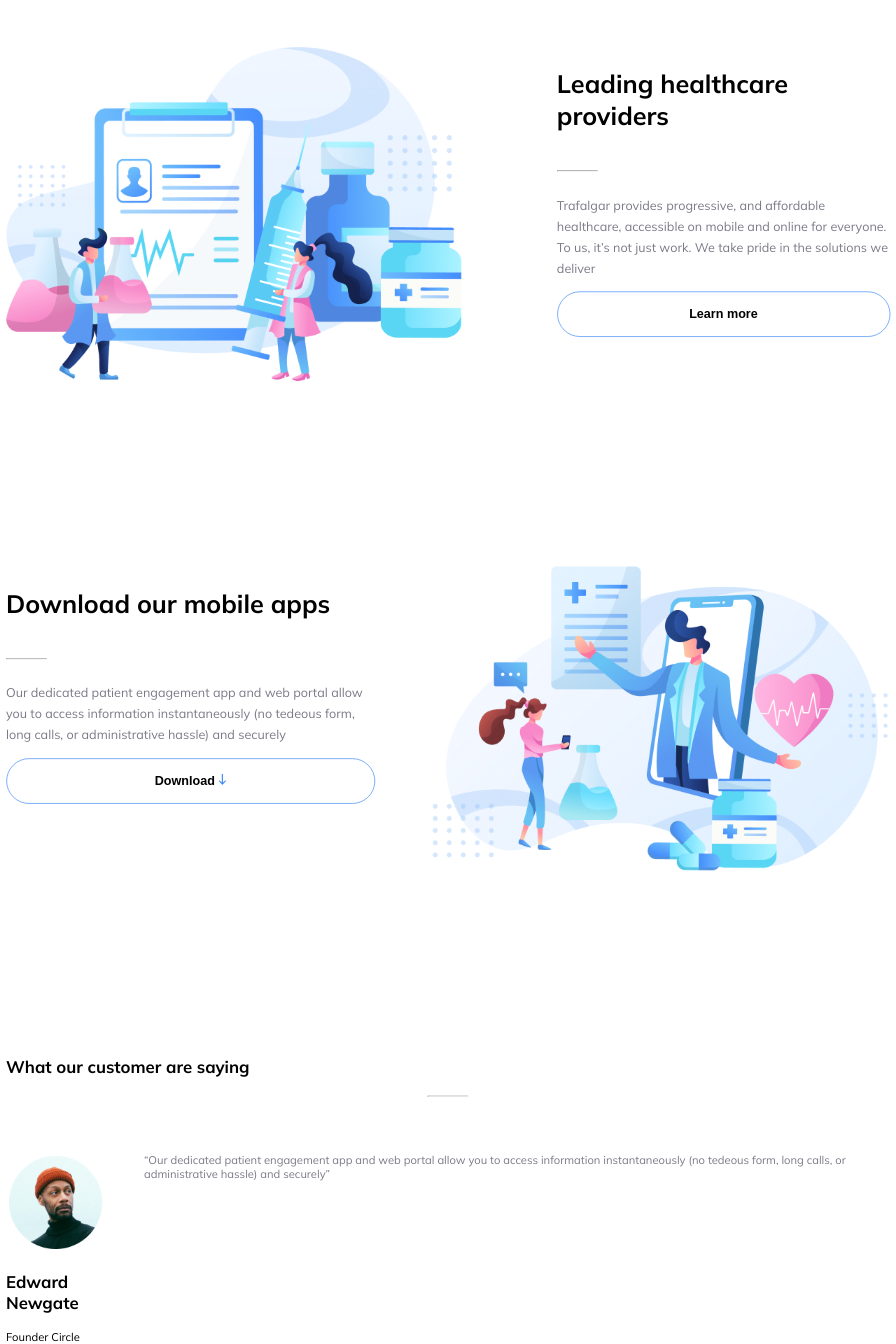
Repository: ivan-developer-01/trafalgar-layout
Page: index.html
These files come from the project's save history. The page is drawn as it stood at one moment and after the next save; the edit follows.
The browser window is 1280 px wide. The pictures show the part of the page from y = 2136 to 4056 px (the page is 4056 px tall), at 70% of full size.

Above is the page before, as saved 2024-11-08 15:21:17.

After the next save:
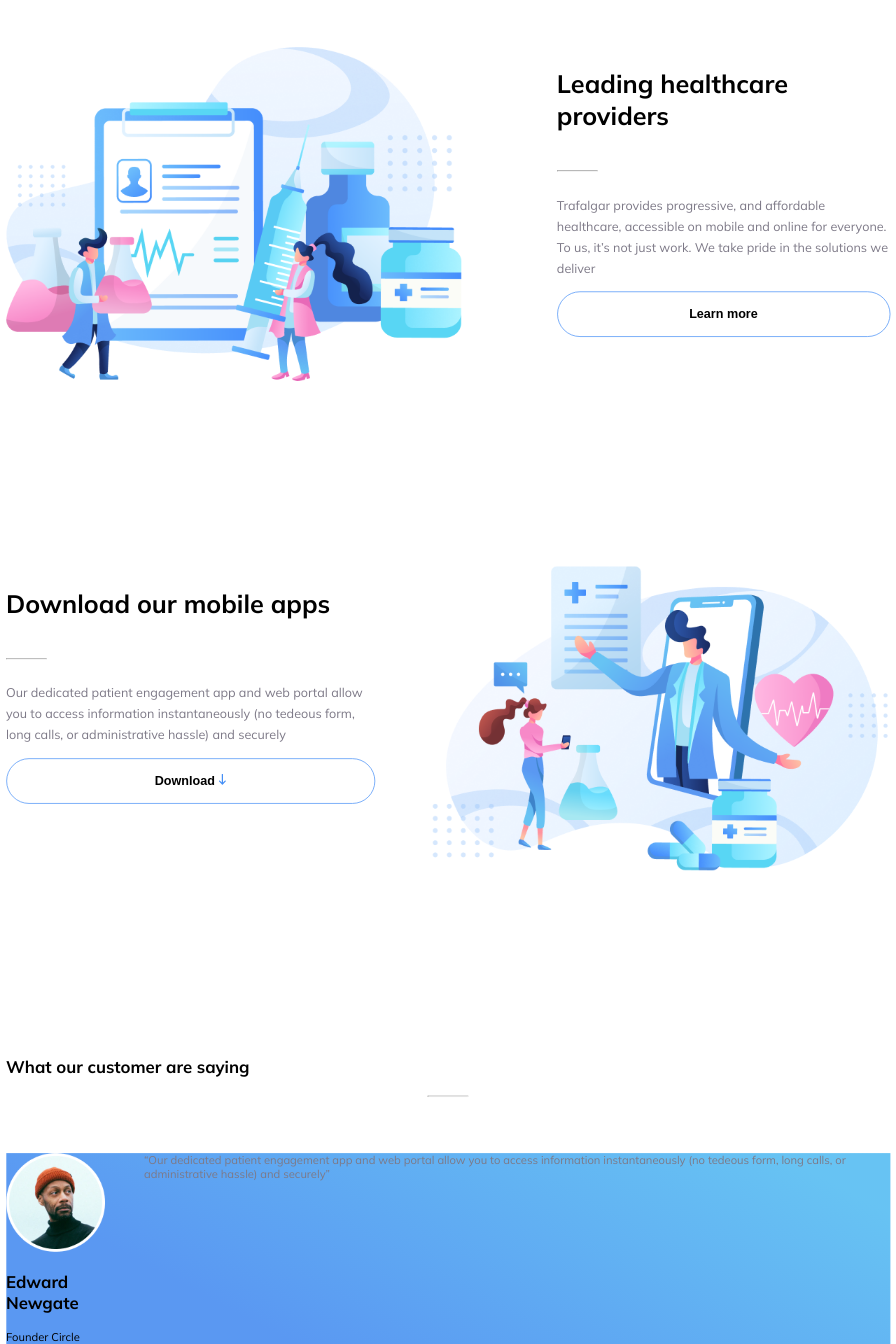
Saved 46 s later.
--- a/style.css
+++ b/style.css
@@ -232,6 +232,10 @@ p {
 	margin-top: 266px;
 }
 
+.review-slider {
+	background: linear-gradient(208.18deg, #67C3F3 9.05%, #5A98F2 76.74%);
+}
+
 .review-slider .review {
 	display: flex;
 	justify-content: center;
